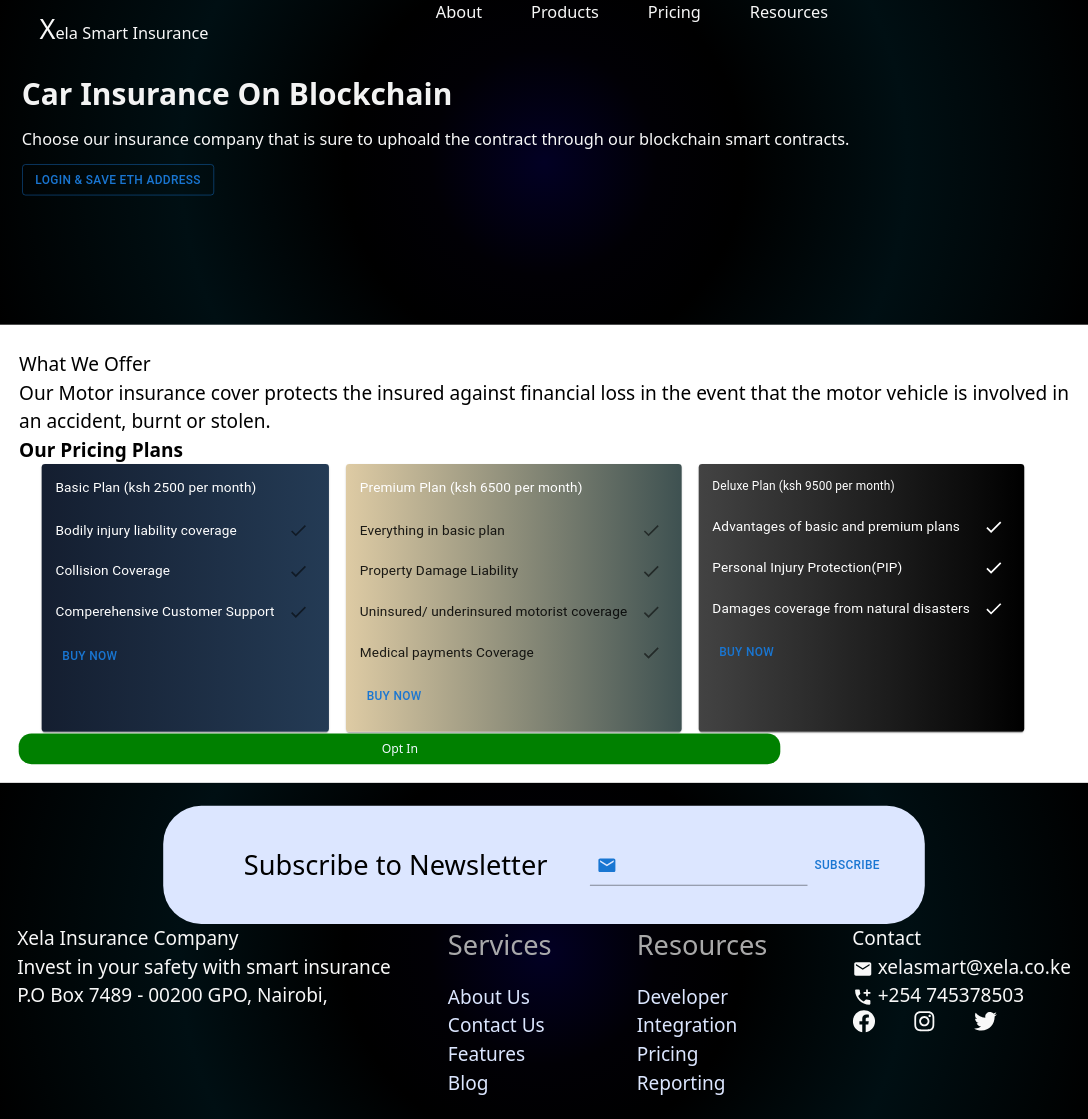
Repository: ALVIN-OBONYO/Xela-smart_insuarance
Page: / (app in frontend/)
The author's editor kept a copy of each file at every save. The page is drawn from the files as they stood at one save, then again after the next save.
The browser window is 1280 px wide. The pictures show the whole page, at 85% of full size.
The project was rebuilt for these pictures with package versions that can differ from the ones it lists, and the page was loaded fresh each time. Also part of the build but not shown: frontend/src/Pages/Policies.jsx, frontend/src/Components/Calendar.css, frontend/src/Components/Calendar.jsx, frontend/src/Components/Input.js, frontend/src/Components/Upload.css, frontend/src/Components/Upload.js, frontend/src/Pages/ReportForm.jsx, frontend/src/Pages/Report.jsx and 2 more.

Above is the page before, as saved 2022-10-04 09:00:00.

### frontend/public/index.html
<!DOCTYPE html>
<html lang="en">
  <head>
    <meta charset="utf-8" />
    <link rel="icon" href="%PUBLIC_URL%/favicon.ico" />
    <meta name="viewport" content="width=device-width, initial-scale=1" />
    <meta name="theme-color" content="#000000" />
    <meta
      name="description"
      content="Web site created using create-react-app"
    />
    <link rel="apple-touch-icon" href="%PUBLIC_URL%/logo192.png" />
    <!--
      manifest.json provides metadata used when your web app is installed on a
      user's mobile device or desktop. See https://developers.google.com/web/fundamentals/web-app-manifest/
    -->
    <link rel="manifest" href="%PUBLIC_URL%/manifest.json" />
    <!--
      Notice the use of %PUBLIC_URL% in the tags above.
      It will be replaced with the URL of the `public` folder during the build.
      Only files inside the `public` folder can be referenced from the HTML.

      Unlike "/favicon.ico" or "favicon.ico", "%PUBLIC_URL%/favicon.ico" will
      work correctly both with client-side routing and a non-root public URL.
      Learn how to configure a non-root public URL by running `npm run build`.
    -->
    <title>React App</title>
  </head>
  <body>
    <noscript>You need to enable JavaScript to run this app.</noscript>
    <link
    href="https://unpkg.com/tailwindcss@^1.0/dist/tailwind.min.css"
    rel="stylesheet"
  />
  <script
    src="https://cdnjs.cloudflare.com/ajax/libs/web3/1.6.1/web3.min.js"
    integrity="sha512-5erpERW8MxcHDF7Xea9eBQPiRtxbse70pFcaHJuOhdEBQeAxGQjUwgJbuBDWve+xP/u5IoJbKjyJk50qCnMD7A=="
    crossorigin="anonymous"
    referrerpolicy="no-referrer"
  ></script>
    <div id="root"></div>
    <!--
      This HTML file is a template.
      If you open it directly in the browser, you will see an empty page.

      You can add webfonts, meta tags, or analytics to this file.
      The build step will place the bundled scripts into the <body> tag.

      To begin the development, run `npm start` or `yarn start`.
      To create a production bundle, use `npm run build` or `yarn build`.
    -->
  </body>
</html>

### frontend/src/index.js
import React from 'react';
import ReactDOM from 'react-dom/client';
import './index.css';
import App from './App';
import reportWebVitals from './reportWebVitals';
import { BrowserRouter } from 'react-router-dom';
const root = ReactDOM.createRoot(document.getElementById('root'));
root.render(
  <React.StrictMode>
     <BrowserRouter>
       <App />
    </BrowserRouter>
  </React.StrictMode>
);

// If you want to start measuring performance in your app, pass a function
// to log results (for example: reportWebVitals(console.log))
// or send to an analytics endpoint. Learn more: https://bit.ly/CRA-vitals
reportWebVitals();

### frontend/src/App.jsx
import './App.css';
import RoutePages from './Components/RoutePages';

function App() {
  return (
    <div className="App">
      <RoutePages/>
    </div>
  );
}

export default App;

### frontend/src/Components/RoutePages.jsx
import React from 'react'
import { Routes, Route} from 'react-router-dom'
import EntryPage from '../Pages/Entrypage'
import PolicyMaker from '../Pages/Policies'
import ReportForm from '../Pages/ReportForm'
import Report from '../Pages/Report'
import ReportInfo from '../Pages/ReportInfo'
import FormPagination from './FormPagination'
const RoutePages = () => {
    return (


   <Routes>

    <Route exact path="/" element={<EntryPage />} />
    <Route path="policy" element={<PolicyMaker />} />

    <Route path="report/2" element={<ReportForm/> } />
    <Route path="report/1" element={<ReportInfo />} />
    <Route path="report/*" element={<FormPagination />} />

   </Routes>


    )
}

export default RoutePages

### frontend/src/Pages/Entrypage.jsx
import React, {useState, useRef} from 'react'
import "../Components/Navbar.css"
import { FaTimes, FaBars, FaInstagram, FaTwitter, FaFacebook, } from 'react-icons/fa'
import { Link} from 'react-router-dom'
import { loginWithEth } from '../Services/LoginWithEth'
import { truncateAddress } from '../Services/TruncateAddress'
import Web3 from 'web3'
import { getContractSymbol } from '../Services/Contract'
import TextField from '@mui/material/TextField'
import Button from "@mui/material/Button"
import PlanCard from "../Components/Cards"
import EmailIcon from "@mui/icons-material/Email"
import { IconButton, InputAdornment } from '@mui/material'
import AddIcCallIcon from '@mui/icons-material/AddIcCall';

const Entrypage = () => {
        const [navButton, setNavButton] = useState(false)
        const [policy, setPolicy] = useState("")
        const switchNavState = () => setNavButton(!navButton)
        const buttonLogout = useRef(null)
        const yourAddress = useRef()
        window.userAddress = null



        window.onload = async () => {
            if (window.ethereum) {
                window.web3 = new Web3(window.ethereum)
            } else {
                alert("No ETH browser extension detected.")
            }
        }

        function showAddress() {
          if (!window.userAddress) {
            yourAddress.current.innerText = ""
            buttonLogout.current.classList.add("hidden")
             return false
        }

        yourAddress.innerText = `ETH Address: ${truncateAddress(window.userAddress)}`
        buttonLogout.classList.remove("hidden")
    }

         function logout() {
            window.userAddress = null
            window.localStorage.removeItem(buttonLogout)
            showAddress()
}

    return (
        <>
        <header>
        <nav id="my-nav">
        <h1 className='brand'><span className='X'>X</span>ela Smart Insurance</h1>
        <div className='toogleNav' onClick={switchNavState} >{navButton ?
        <div id="bars">

            <FaBars size="2.5em"/>
            </div> :
            <div className = "navflex">
            <div id="times">
                <FaTimes />
                </div>
            <h4>About</h4>
            <h4>Products</h4>
            <h4>Pricing</h4>
            <h4>Resources</h4>
            </div>

}
        </div>
        <div className='nav-section'>
            <h4>About</h4>
            <h4>Products</h4>
            <h4>Pricing</h4>
            <h4>Resources</h4>
        </div>
        </nav>
        <section className="top-descr" id='top'>
            <h1 id="top-h3">Car Insurance On Blockchain</h1>
            <p id="top-pg">Choose our insurance company that is sure to uphoald the contract through our blockchain smart contracts.</p>
            <div id="policy-sec">
                {/* <FormGroup row >
               <TextField
                variant="outlined"
                placeholder='Enter your policy number'
                sx={{
                    borderRadius: 0,
                    padding: 0
                }}
                />
                <Button variant="contained" sx={{
                    borderRadius: 0,
                    padding: "6px"
                }}>Verify</Button>
                    </FormGroup> */}

            <Button variant="outlined" onClick={loginWithEth}>Login & Save ETH Address
                </Button>
                <p id="userAddress" className="text-gray-600" ref={yourAddress}></p>
                <button id="logoutButton" onClick={logout} className="hidden text-blue-500 underline" ref={buttonLogout}>Logout</button>
                           </div>
        </section>
        </header>
        <div className='about-descr' id="descr">
            <h2>What We Offer</h2>
            <p>
            Our Motor insurance cover protects the insured against financial loss in the event that the motor vehicle is involved in an accident, burnt or stolen.</p>

            <p>


<b>Our Pricing Plans</b>
</p>
<PlanCard />
            <Link to="/policy"><button id="buy-policy" onClick={getContractSymbol}>Opt In</button></Link>
        </div>
        <div id="land-footer">
            <div className="news-mail">
                <h2>Subscribe to Newsletter</h2>

                     <TextField
                       variant="standard"
                       id='input-with-icon-textfield'
                       InputProps={{
                        startAdornment: (
                            <InputAdornment position="start">
                                <IconButton edge="end" color='primary'>
                                    <EmailIcon />
                                </IconButton>

                            </InputAdornment>
                        )
                       }}

                       />
                        <Button>Subscribe</Button>


            </div>
            <div className="footer-service">
            <div>
                <h2>Xela Insurance Company</h2>
                <p>Invest in your safety with smart insurance</p>
                <h4>P.O Box 7489 - 00200 GPO, Nairobi,</h4>
            </div>
            <div className='footer-sect'>
                <h2>Services</h2>
                <ul className='sect-bottom'>
                <li>About Us</li>
                <li>Contact Us</li>
                <li>Features</li>
                <li>Blog</li>
                </ul>
            </div>
            <div className='footer-sect'>
                <h2>Resources</h2>
                <ul className="sect-bottom">
                <li>Developer</li>
                <li>Integration</li>
                <li>Pricing</li>
                <li>Reporting</li>
                </ul>
            </div>
            <div>
                <h2>Contact</h2>
                <ul >
                <li><EmailIcon />   xelasmart@xela.co.ke</li>
                <li><AddIcCallIcon />   +254 745378503</li>
                <li>
                 <div id="social-icons">
                  <FaFacebook size="1.2em"/>
                  <FaInstagram size="1.2em"/>
                  <FaTwitter size="1.2em"/>

             </div>
                </li>

                </ul>
            </div>

        </div>
        </div>
        </>
    )
}

export default Entrypage

### frontend/src/Components/Navbar.css
nav {
    width: 100vw;
    display: flex;
    justify-content: flex-start;
    align-items: flex-start;
}

.brand {
    flex-grow: 1;
    text-align: start;
    padding-left: 2.9rem;
    margin-top: 0.6rem;
    font-size: 1.2rem;
}

.X {
    font-size: 2rem;

}
.nav-section {
    display: flex;
    flex-grow: 1;
    gap: 3em;
    font-size: 1.2rem;
    padding-right: 2em;
    justify-content: flex-start;
    align-items: center;
}
.top-descr  {
    margin-top: 0;
    padding: 1em;
    text-align: justify;
    font-size: 1.6rem;
    height: 45vh;

}


#descr {
    margin-top: 0.5rem;
    padding: 1em;
    text-align: justify;
    font-size: 1.4rem;

}

#top > h1 {
    font-size: 2.2rem;
    font-weight: 700;
    color: rgba(255, 255, 255, 0.952);
    margin-bottom: 0.4em;

}
header {
    background: rgb(2,0,36);
background: radial-gradient(circle, rgba(2,0,36,1) 0%, rgba(1,0,5,1) 20%, rgba(0,0,0,1) 35%, rgba(0,15,19,1) 64%, rgba(0,0,0,1) 100%);
    color: rgb(248, 248, 248);
}


#top-pg {

    font-size: 1.2rem;
    margin-bottom: 0.9rem;
}
#policy-sec {
    display: flex;
    gap: 0.8em;

}
input[type=text] {
    flex-grow: 1;
    height: 2.5em;
}
#btn-policy {
    background-color: rgb(0, 39, 90);
    flex-grow: 1;
    color: wheat;
    border: none;
    margin-top: 0.8em;
    border-radius: 5px;
    padding: 0.6rem;
    font-size: 1.4rem;
    font-weight: 500;

}
#buy-policy {
    width: 70vw;
    height: 2.5em;
    border: none;
    background-color: #008000;
    color:aliceblue;
    font-size: 0.9rem;
    border-radius: 15px;
}
#social-icons {
    display: flex;
    gap: 2em;
}
#land-footer {
    background: rgb(2,0,36);
    background: radial-gradient(circle, rgba(2,0,36,1) 0%, rgba(1,0,5,1) 20%, rgba(0,0,0,1) 35%, rgba(0,15,19,1) 64%, rgba(0,0,0,1) 100%);
    color: rgb(248, 248, 248);
    position: relative;
    padding: 1.2em  0.9em;
    font-size: 1.4rem;
    /* display: flex;
    justify-content: center;
    align-items: center; */
}

.news-mail {
    display: flex;
    background-color: rgb(220, 230, 255);
    color: rgb(0, 0, 0);
    flex-direction: row;
    flex-wrap: wrap;
    padding: 2em;
    max-width: 70vw;
    border-radius: 2em;
    margin: auto;

}

.news-mail > h2 {
    flex-grow: 1;
    font-size: 2rem;
}

.footer-service {
    display: flex;
    flex-direction: row;
    flex-wrap: wrap;
    gap: 3em;
    text-align: justify;
}

.footer-sect {
    font-size: 2rem;
    color:rgba(184, 184, 184, 0.918);
    flex-grow: 1;
}

.sect-bottom {
    margin-top: 1.3rem;
    font-size: 1.4rem;
    color:rgb(220, 230, 255)
}
.navflex {
    display: flex;
    flex-direction: column;
    justify-content: center;
    align-items: center;
    gap: 2em;
    background-color: rgba(19, 20, 27, 0.918);
    color: white;
    width: 100vw;
    height: 100vh;
    right: 0;
    top: 0;
    position: absolute;
    text-transform: uppercase;
    /* animation-name: ${navanim}; */
}
@media screen and (max-width: 600px){
   .nav-section {

      display: none;
   }

   .footer-service {
    flex-direction: column;
    justify-content: center;
    align-items: center;
   }

}

@media screen and (min-width: 600px){
    .toogleNav {
        display: none;
        padding: 1.3em;
    }
}

### frontend/src/Services/LoginWithEth.js
import { showAddress } from "./showAddress";
export async function loginWithEth() {
    if (window.web3) {
        try {
            const selectedAccount = await window.ethereum.request({
                method: "eth_requestAccounts"
            })
            .then((accounts) => accounts[0])
            .catch(() => {
                throw Error("No account selected!")
            })

          window.userAddress = selectedAccount;
          window.localStorage.setItem("userAddress", selectedAccount);
        //   showAddress()
        }
        catch (error) {
            console.error(error)
        }
    } else {
        alert("No ETH browser extension detected.");
    }
}

### frontend/src/Services/TruncateAddress.js
export function truncateAddress(address) {
    if (!address) {
        return "";
    }
    return `${address.substr(0, 5)}...${address.substr(
        address.length - 5,
        address.length
      )}`;
}

### frontend/src/Services/Contract.js
window.ABI = require('./contract-abi.json')
export async function getContractSymbol() {
    const CONTRACT_ADDRESS = "0x1A5b30a61CED9B4D9c209E7F1d2fbD38657f8EB1"

    const contract = new window.web3.eth.Contract(
        window.ABI,
        CONTRACT_ADDRESS
    )

    const symbol = await contract.methods.symbol().call({
        from: window.userAddress    })

    alert(`Contract ${CONTRACT_ADDRESS} Symbol: ${symbol}`);
}

### frontend/src/Components/Cards.jsx
import * as React from 'react'
import Box from '@mui/material/Box'
import Card from '@mui/material/Card'
import CardActions from '@mui/material/CardActions'
import CardContent from '@mui/material/CardContent'
import Button from '@mui/material/Button'
import Typography from '@mui/material/Typography'
import {MdDone} from 'react-icons/md'
import List from '@mui/material/List'
import ListItem from '@mui/material/ListItem'
import ListItemText from '@mui/material/ListItemText'
import  IconButton  from '@mui/material/IconButton'

const planValues = [
    {id: 1, text: "Bodily injury liability coverage"},
    {id: 2, text: "Collision Coverage"},
    {id: 3, text: "Comperehensive Customer Support"}

]

const premium = [
    {id: 1, text: "Everything in basic plan"},
    {id: 2, text: "Property Damage Liability"},
    {id: 3, text: "Uninsured/ underinsured motorist coverage"},
    {id: 3, text: "Medical payments Coverage"},
]

const deluxe = [
    {id: 1, text: "Advantages of basic and premium plans"},
    {id: 2, text: "Personal Injury Protection(PIP)"},
    {id: 3, text: "Damages coverage from natural disasters"},

]
const PlanCard = () => {
    return (
        <Box sx={{ display: "flex", mx: "1.2em", flexDirection: "row", flexWrap: "wrap", gap: "0.9em"}}>
        <Card sx={{background: 'linear-gradient(to right, #141e30, #243b55)', color: 'white'}}>
        <CardContent>
            <Typography sx={{ fontSize: 16}} color="text.primary             " gutterBottom>
                Basic Plan   (ksh 2500 per month)
            </Typography>
            <List sx={{ width: '100%'}}>
                {planValues.map((elem)=> (
                <ListItem key={elem.id} disableGutters secondaryAction={
                    <IconButton>
                        <MdDone />
                    </IconButton>
                }>
                <ListItemText primary={elem.text} />
                </ListItem>
                ))}
            </List>
            <Button>Buy Now</Button>
        </CardContent>
        </Card>
        <Card sx={{background: "linear-gradient(to right, #DECBA4, #3E5151)"}}>
        <CardContent>
            <Typography sx={{ fontSize: 16}} color="white" gutterBottom>
                Premium Plan   (ksh 6500 per month)
            </Typography>
            <List sx={{ width: '100%'}}>
                {premium.map((elem)=> (
                <ListItem key={elem.id} disableGutters secondaryAction={
                    <IconButton>
                        <MdDone />
                    </IconButton>
                }>
                <ListItemText primary={elem.text} />
                </ListItem>
                ))}
            </List>
            <Button>Buy Now</Button>
        </CardContent>
        </Card>
        <Card sx={{background: "linear-gradient(to right, #434343 0%, black 100%)", color: "white"}}>
        <CardContent>
            <Typography sx={{ fontSize: 14}} color="white" gutterBottom>
                Deluxe Plan   (ksh 9500 per month)
            </Typography>
            <List sx={{ width: '100%'}}>
                {deluxe.map((elem)=> (
                <ListItem key={elem.id} disableGutters secondaryAction={
                    <IconButton>
                        <MdDone color="white"/>
                    </IconButton>
                }>
                <ListItemText primary={elem.text} />
                </ListItem>
                ))}
            </List>
            <Button>Buy Now</Button>
        </CardContent>
        </Card>
        </Box>
    )
}

export default PlanCard

Loaded but not shown: frontend/src/index.css (common file); frontend/src/reportWebVitals.js (common file); frontend/src/App.css (common file); frontend/src/Services/contract-abi.json (501 lines, source omitted); frontend/src/Services/showAddress.js (no stored copy; drawn as an empty file)

After the next save:
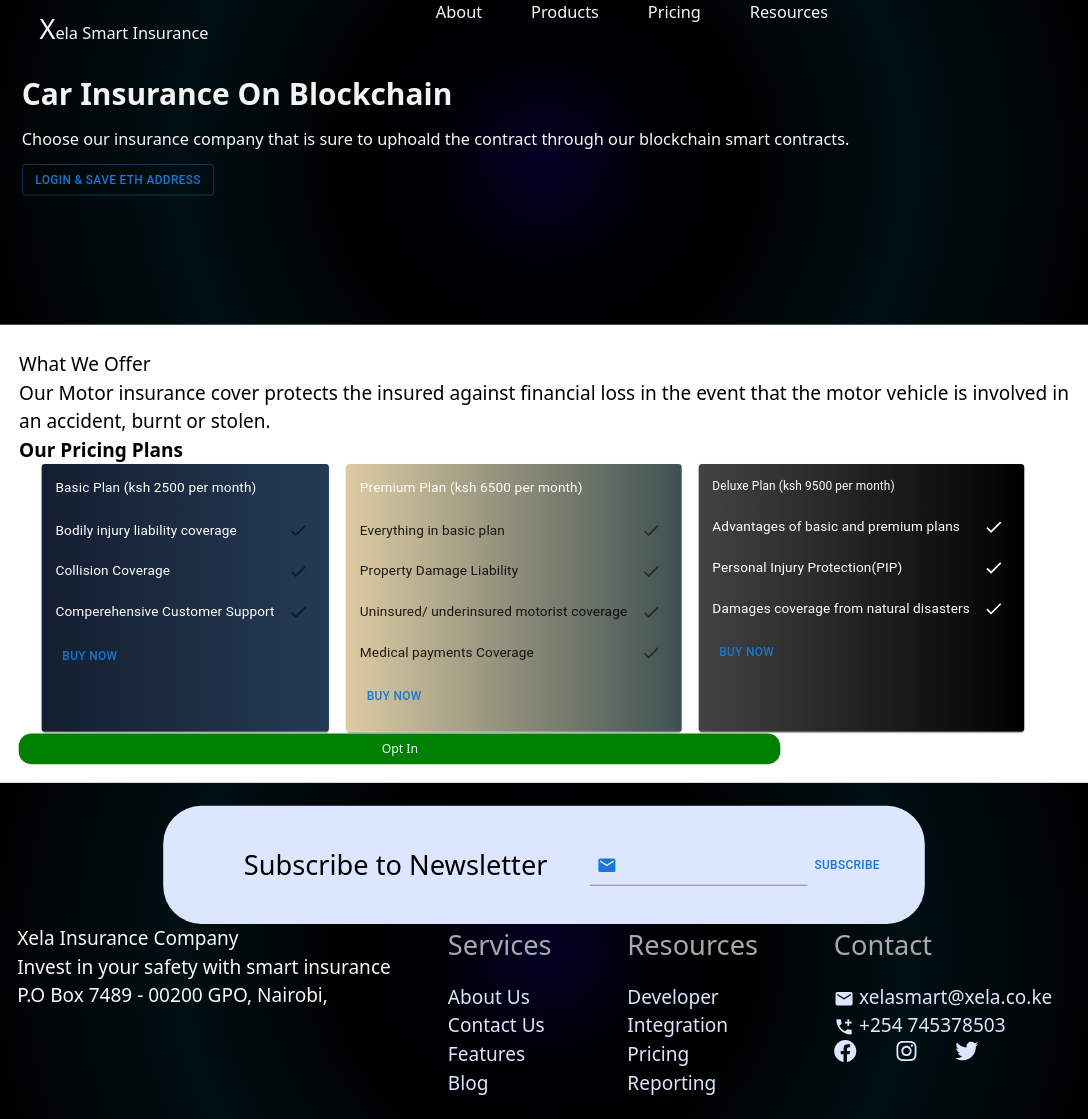
Saved 16 s later.
--- a/frontend/src/Pages/Entrypage.jsx
+++ b/frontend/src/Pages/Entrypage.jsx
@@ -163,9 +163,9 @@ const Entrypage = () => {
                 <li>Reporting</li>
                 </ul>
             </div>
-            <div>
+            <div className='footer-sect'>
                 <h2>Contact</h2>
-                <ul >
+                <ul className='sect-bottom'>
                 <li><EmailIcon />   xelasmart@xela.co.ke</li>
                 <li><AddIcCallIcon />   +254 745378503</li>
                 <li>
